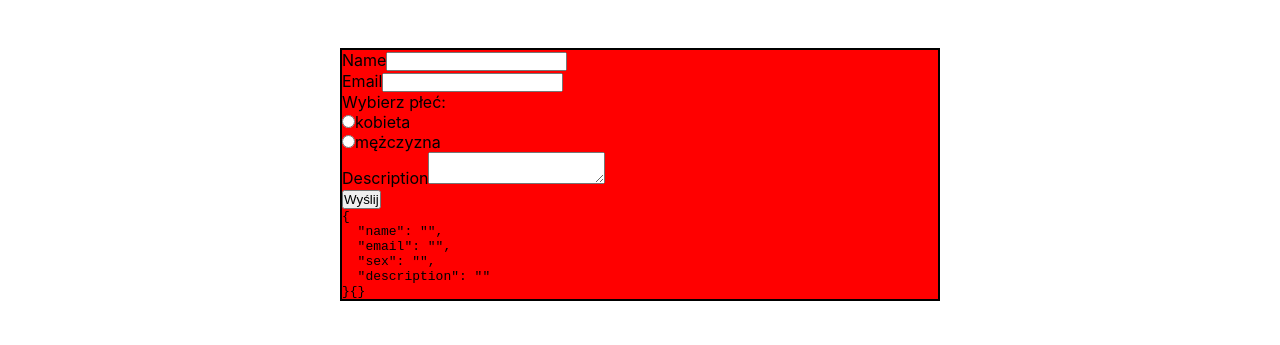
Repository: KrzysKolo/sr_tydzien4_zad3
Page: /
These files come from the project's save history. The page is drawn as it stood at one moment and after the next save; the edit follows.
The browser window is 1280 px wide. The pictures show the whole page.
The project was rebuilt for these pictures with package versions that can differ from the ones it lists, and the page was loaded fresh each time. Also part of the build but not shown: src/components/FormComponents/TextError.js.

Above is the page before, as saved 2020-11-19 13:33:14.

After the next save:
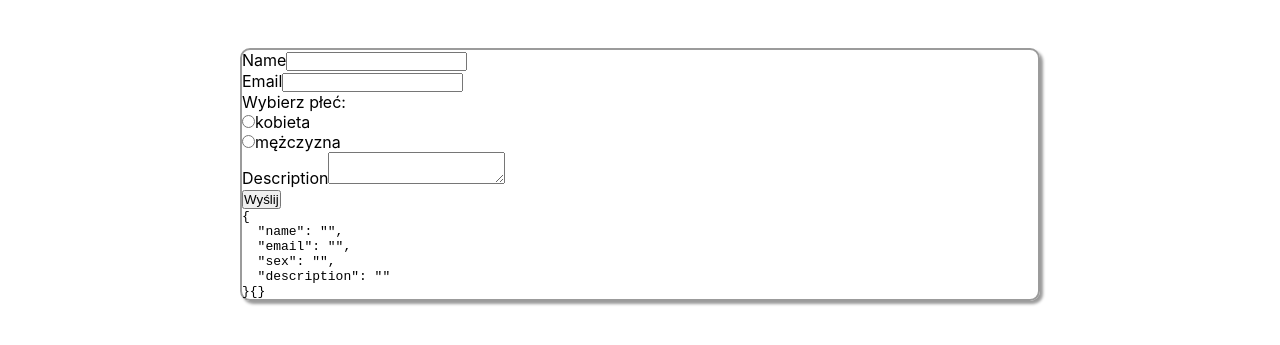
Saved 99 s later.
--- a/src/App.css
+++ b/src/App.css
@@ -5,7 +5,8 @@
 }
 .form-wrapper {
   margin: 3rem auto;
-  width: 600px;
-  background-color: red;
-  border: 2px solid black;
+  width: 800px;
+  border: 2px solid rgb(155, 155, 155);
+  border-radius: 10px;
+  box-shadow: 3px 3px 3px rgb(155, 155, 155);
 }
